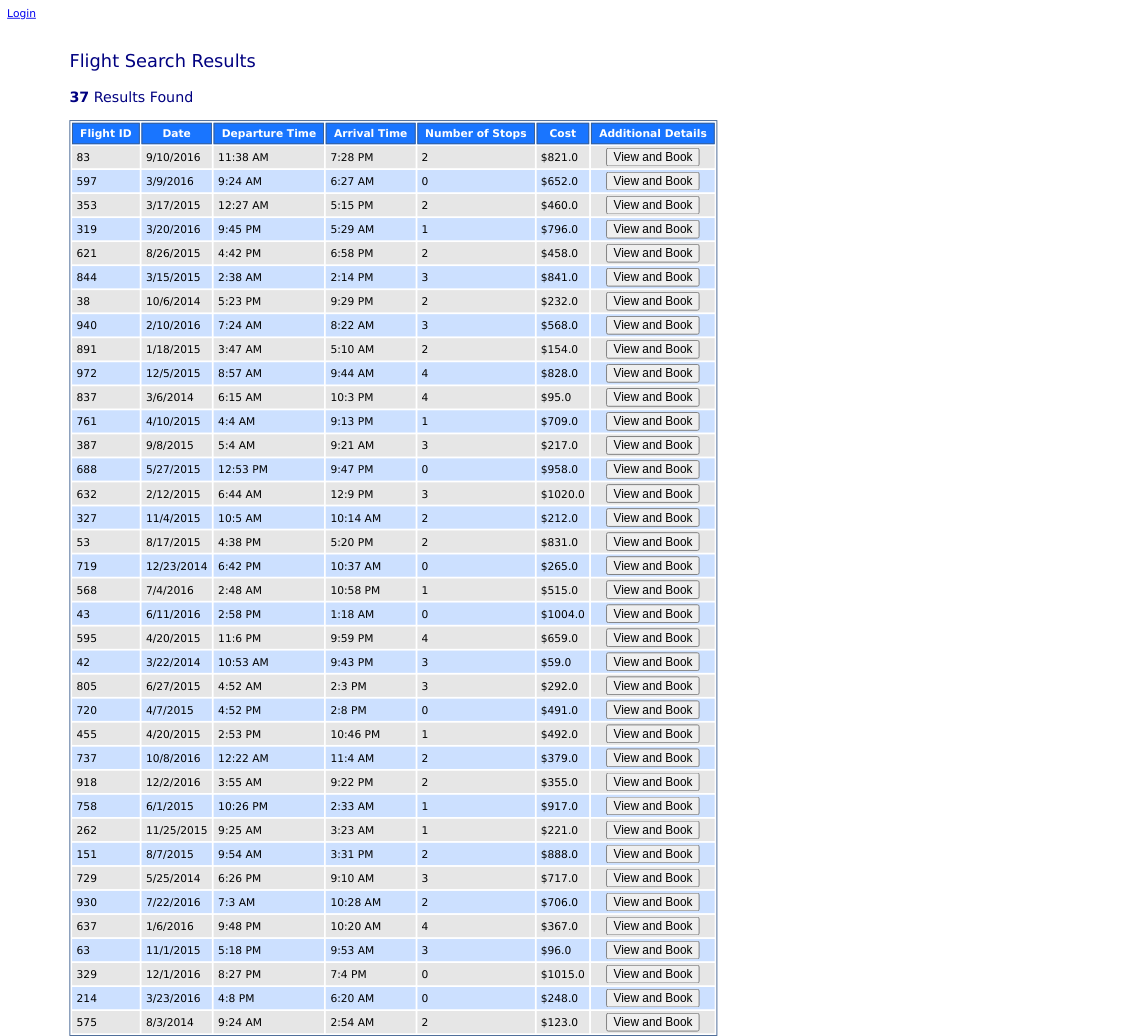
Repository: jliu9000/CSE-464---Flight-Pages
Page: http://localhost/HW1/FlightSearchResults.jsp
The author's editor kept a copy of each file at every save. The page is drawn from the files as they stood at one save, then again after the next save.
The browser window is 1280 px wide. The pictures show the whole page, at 89% of full size.
The page is served by Tomcat 9. Other server files are loaded and not shown.

Above is the page before, as saved 2014-09-22 21:34:36.

### HW1/WebContent/FlightSearchResults.jsp
<%@ page language="java" contentType="text/html; charset=ISO-8859-1"
    pageEncoding="ISO-8859-1"%>
<!DOCTYPE html PUBLIC "-//W3C//DTD HTML 4.01 Transitional//EN" "http://www.w3.org/TR/html4/loose.dtd">
<html>
<head>
<meta http-equiv="Content-Type" content="text/html; charset=ISO-8859-1">
<link rel="stylesheet" type="text/css" href="CSS/FlightStyles.css">
<title>Flight Search Results</title>

<%@ page import="flight.bizlogic.RecordFactory"%>
</head>
<body>
	<div class="sidebar">
		<a id="login" href="login.jsp">
		<%=session.getAttribute("nUserID") != null ? "Logout" : "Login"%>
		</a>
	</div>

	<%  //get the records
		RecordFactory records = new RecordFactory(0);
	  	records.generateRecords();
	%>

	<div class="main">

		<br><br>
		<p class="PageTitle">Flight Search Results</p>
		<p class="subheading"><b><%=records.TotalRecords() %></b> Results Found</p>

		<table>
			<TR>
				<th>Flight ID</th>
				<th>Date</th>
				<th>Departure Time</th>
				<th>Arrival Time</th>
				<th>Number of Stops</th>
				<th>Cost</th>
				<th>Additional Details</th>
			</TR>


			<%for (int i = 0; i<records.TotalRecords(); i++){%>
			<tr class='<%= i % 2 == 1 ? "" : "alt" %>'>
			<%=records.toHTMLTableRow(i) %>
				<td class="button">
					<a href="ViewAndBook.jsp"><button>View and Book</button></a>
				</td>
			</tr>
			<%} %>

		</table>
	</div>

</body>






</html>

### HW1/src/flight/bizlogic/RecordFactory.java
package flight.bizlogic;
import java.util.ArrayList;



public class RecordFactory {
	//Master list
	private ArrayList<FlightRecord> oRecordsList;
	private int nTotalRecords;

	//Lists for record generation
	private String sListOfLocations[] = {"New York City, New York","Dallas, Texas","Sacramento, California",
			"Chicago, Illinois","Lincoln, Nebraska","Denver, Colorado","Atlanta, Georgia"};
	private int sListOfYears[] ={2014,2015,2016};
	private String sListOfClass[] ={"First Class", "Business", "Economy"};

	//Static test record
	private FlightRecord _oTestRecord = new FlightRecord(1, "Lincoln, NE", "Baltimore, MD", "9/28/2014", 52, "First Class",
			"7:00 AM", "9:30 AM", 1, 400.00);

	public RecordFactory(int nTotalRecords){

		//use nTotalRecords <= 0 for a random number of 1 to 50 records
		if (nTotalRecords <= 0){
			this.nTotalRecords = (int) Math.round(Math.random() * 49) + 1;
		}else{
			this.nTotalRecords = nTotalRecords;
		}

		oRecordsList = new ArrayList<FlightRecord>();

	}

	public void generateRecords(){

		for (int i = 0; i<= nTotalRecords; i++){
			oRecordsList.add(getSingleRecord());
		}

	}

	public FlightRecord getSingleRecord(){
		String sFormatedMonth;
		int nYear, nMonth, nDay, nSeats, nClass, nSource, nDestination, nID;

		nMonth = (int) Math.ceil(Math.random() * 12);
		nDay = (int) Math.round(Math.random() * 28);
		nYear = (int) Math.round(Math.random() * 2);
		sFormatedMonth = nMonth + "/" +nDay +"/" +sListOfYears[nYear];

		nSeats = (int) Math.round(Math.random() * 100);
		nClass = (int) Math.round(Math.random()*2);
		nSource = (int) Math.round(Math.random()*6);
		nDestination = (int) Math.round(Math.random() * 6);
		//destination cannot equal source
		while (nDestination == nSource){
			nDestination = (int) Math.round(Math.random() * 6);
		}

		return new FlightRecord(sListOfLocations[nSource], sListOfLocations[nDestination], sFormatedMonth, nSeats, sListOfClass[nClass]);

	}





	public String toHTMLTableRow(int nRow){
		FlightRecord r;
		String sHTMLRow;
		if (nRow < oRecordsList.size()){
			r = oRecordsList.get(nRow);
		}else{
			return "";
		}

		sHTMLRow = "<td>" +r.getID() +"</td>";
		sHTMLRow += "<td>" +r.getDateOfTravel() +"</td>";
		sHTMLRow += "<td>" +r.getDepartureTime() +"</td>";
		sHTMLRow += "<td>" +r.getArrivalTime() +"</td>";
		sHTMLRow += "<td>" +r.getNumberOfStops() +"</td>";
		sHTMLRow += "<td> $" +r.getCost() +"</td>";

		return sHTMLRow;
	}

	public FlightRecord TestRecord() {
		return _oTestRecord;
	}

	public int TotalRecords(){
		return nTotalRecords;

	}

	public ArrayList<FlightRecord> getRecords(){

		return oRecordsList;
	}
}

### HW1/src/flight/bizlogic/FlightRecord.java
package flight.bizlogic;

public class FlightRecord {
	private String sSource;
	private String sDestination;
	private String sDateOfTravel;
	private String sClass;
	private int nSeats;
	private String sDepartureTime;
	private String sArrivalTime;
	private int nNumberOfStops;
	private double dCost;
	private int nID;


	public FlightRecord(String sSource, String sDestination, String sDateOfTravel, int nSeats,
			String sClass){
		this.sSource = sSource;
		this.sDestination = sDestination;
		this.sDateOfTravel = sDateOfTravel;
		this.nSeats = nSeats;
		this.sClass = sClass;
		fillRecord();
	}

	public FlightRecord(int nID, String sSource, String sDestination, String sDateOfTravel, int nSeats,
			String sClass, String sDepartureTime, String sArrivalTime, int nNumberOfStops, double dCost){
		this.nID = nID;
		this.sSource = sSource;
		this.sDestination = sDestination;
		this.sDateOfTravel = sDateOfTravel;
		this.nSeats = nSeats;
		this.sClass = sClass;
		this.sDepartureTime = sDepartureTime;
		this.sArrivalTime = sArrivalTime;
		this.nNumberOfStops = nNumberOfStops;
		this.dCost = dCost;

	}


	//fill missing fields w/ random numbers
	private void fillRecord(){
		int nHour;
		int dMin;
		nID = (int) Math.round(Math.random()*1000);
		nHour = (int) Math.round(Math.random() * 11) + 1;
		dMin =  (int) Math.round(Math.random() * 60);
		sDepartureTime =  nHour +":" +dMin +" " +(Math.random() > .5 ? "AM" : "PM");
		nHour = (int) Math.round(Math.random() * 11) + 1;
		dMin = (int) Math.round(Math.random() * 60);
		sArrivalTime =  nHour +":" +dMin +" " +(Math.random() > .5 ? "AM" : "PM");
		nNumberOfStops = (int) Math.round(Math.random() * 4);
		dCost =  Math.round(Math.random() * 1000) + 50;
	}



	public String getDepartureTime() {
		return sDepartureTime;
	}


	public String getArrivalTime() {
		return sArrivalTime;
	}


	public int getNumberOfStops() {
		return nNumberOfStops;
	}


	public double getCost() {
		return dCost;
	}


	public int getID() {
		return nID;
	}



	public String getSource() {
		return sSource;
	}

	public String getDestination() {
		return sDestination;
	}

	public String getDateOfTravel() {
		return sDateOfTravel;
	}

	public String getFlightClass() {
		return sClass;
	}

	public int getSeats() {
		return nSeats;
	}






}

### HW1/WebContent/CSS/FlightStyles.css
@CHARSET "ISO-8859-1";

body {
	font-family: "Verdana";
	font-size:12px;

}

div.sidebar {
	float: left;
	width: 70px;
}
div.main {
	float: left;
}

p {
    font-size: 12px;
    color: navy;
}

p.PageTitle {
    font-size: 20px;
    color: navy;
    font-style: bold;
}

p.subheading {
	font-size: 16px;

}

p.message {
	color: red;
	text-align: center;
}

table {
   border: 1px solid #3C5E8F;

}

th {
	border: 1px solid #3C5E8F;
    background-color: #1975FF;
    color: white;
    padding: 4px;
    padding-left: 8px;
	padding-right: 8px;

}

tr {
	border: 1px solid #3C5E8F;
	background-color: #CCE0FF;

}

tr.alt {
	border: 1px solid #3C5E8F;
	background-color: #E6E6E6;

}

td {
	border: 0px;
	padding: 2px;
	padding-left: 5px;
	padding-right: 5px;
}

td.button{
	text-align: center;
}

a.navibar{

}


#login {
    font-size:12px;
}

After the next save:
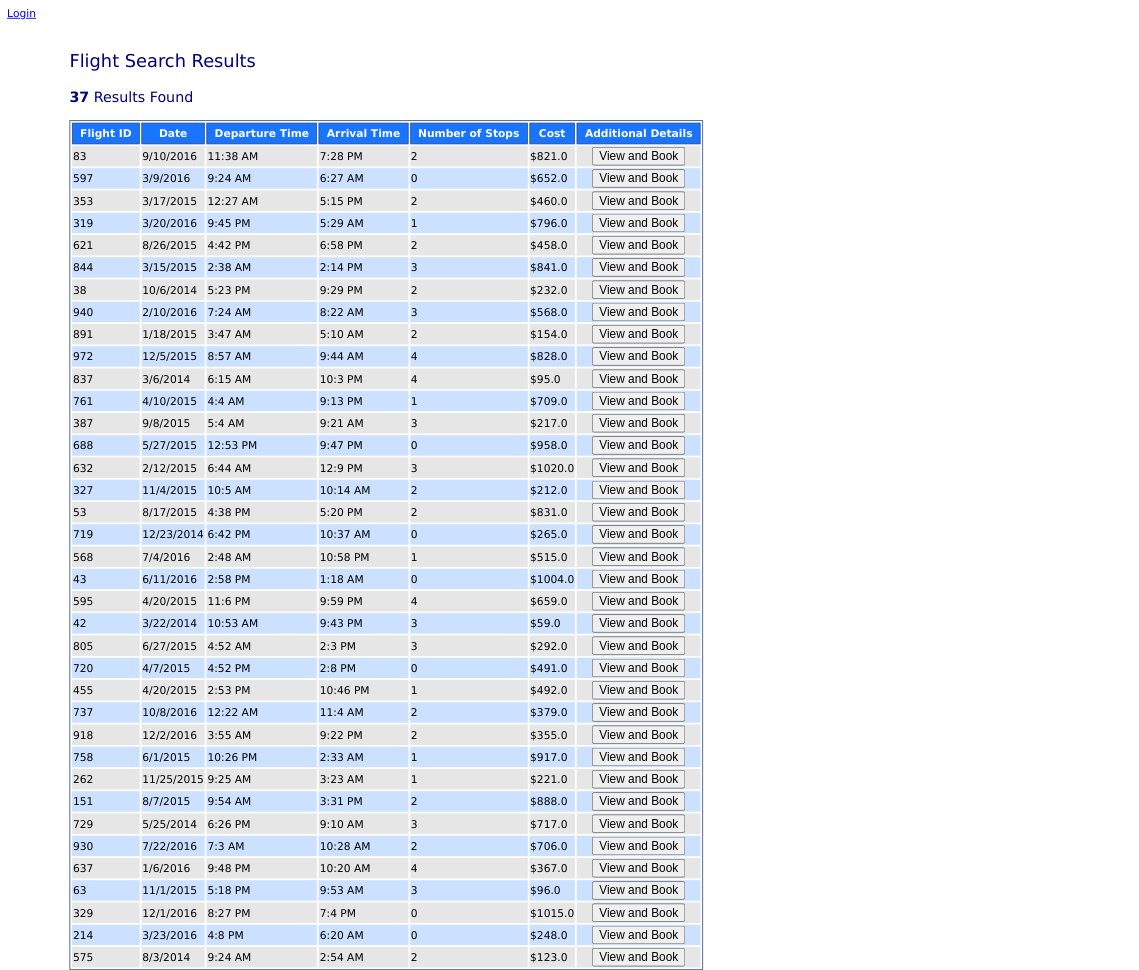
Saved 105 s later.
--- a/HW1/WebContent/FlightSearchResults.jsp
+++ b/HW1/WebContent/FlightSearchResults.jsp
@@ -40,7 +40,7 @@
 
 
 			<%for (int i = 0; i<records.TotalRecords(); i++){%>
-			<tr class='<%= i % 2 == 1 ? "" : "alt" %>'>
+			<tr class='<%= i % 2 == 1 ? "repeat" : "repeatalt" %>'>
 			<%=records.toHTMLTableRow(i) %>
 				<td class="button">
 					<a href="ViewAndBook.jsp"><button>View and Book</button></a>
--- a/HW1/WebContent/CSS/FlightStyles.css
+++ b/HW1/WebContent/CSS/FlightStyles.css
@@ -56,13 +56,13 @@ tr {
 
 }
 
-tr.alt {
+tr.repeatalt {
 	border: 1px solid #3C5E8F;
 	background-color: #E6E6E6;
 
 }
 
-td {
+td.repeat {
 	border: 0px;
 	padding: 2px;
 	padding-left: 5px;
@@ -73,6 +73,14 @@ td.button{
 	text-align: center;
 }
 
+td.key{
+	align: left;
+}
+
+td.value{
+	align: right;
+}
+
 a.navibar{
 
 }
